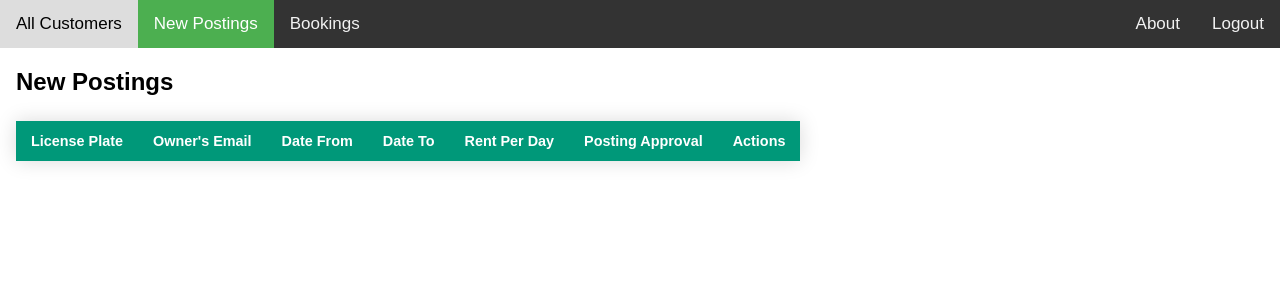
Repository: Gurvansh777/ToCarCar-Backend
Page: ToCarCar/templates/admin_new_postings.html
The author's editor kept a record of every edit. The page is drawn from the files as they stood at one moment, then again after the next edit.
The browser window is 1280 px wide. The pictures show the whole page.
The page is served by the project's application, run on Flask 3 (ToCarCar/index.py). Other server files are loaded and not shown. The template is opened directly, without the code that normally fills it, so the values that code supplies are empty.

Above is the page before.

### ToCarCar/templates/admin_new_postings.html
<html>
  <head>
    <meta name="viewport" content="width=device-width, initial-scale=1">
    <style>
      body {
        margin: 0;
        font-family: Arial, Helvetica, sans-serif;
      }

      .topnav {
        overflow: hidden;
        background-color: #333;
      }

      .topnav a {
        float: left;
        color: #f2f2f2;
        text-align: center;
        padding: 14px 16px;
        text-decoration: none;
        font-size: 17px;
      }

      .topnav a:hover {
        background-color: #ddd;
        color: black;
      }

      .topnav a.active {
        background-color: #4CAF50;
        color: white;
      }


      .styled-table {
      	border-collapse: collapse;
      	margin: 25px 0;
      	font-size: 0.9em;
      	font-family: sans-serif;
      	min-width: 400px;
      	box-shadow: 0 0 20px rgba(0, 0, 0, 0.15);
      }

      .styled-table thead tr {
      	background-color: #009879;
      	color: #ffffff;
      	text-align: left;
      }

      .styled-table th,
      .styled-table td {
      	padding: 12px 15px;
      }

      .styled-table tbody tr {
      	border-bottom: 1px solid #dddddd;
      }

      .styled-table tbody tr:nth-of-type(even) {
      	background-color: #f3f3f3;
      }

      .styled-table tbody tr:last-of-type {
      	border-bottom: 2px solid #009879;
      }

      .styled-table tbody tr.active-row {
      	font-weight: bold;
      	color: #009879;
      }


    </style>
  </head>

  <body>
    <div class="topnav">
      <a href="{{url_for('admin_bp.admin_allUsers')}}">All Customers</a>
      <a class="active" href="{{url_for('admin_bp.admin_allPostings')}}">New Postings</a>
      <a href="{{url_for('admin_bp.admin_allBookings')}}">Bookings</a>
      <a style="float:right" href="{{url_for('admin_bp.admin_logout')}}">Logout</a>
      <a style="float:right" href="#about">About</a>
    </div>

    <div style="padding-left:16px">
      <h2>New Postings</h2>
      <table class="styled-table">
        <thead>
        <tr>
          <th>License Plate</th>
          <th>Owner's Email</th>
          <th>Date From</th>
          <th>Date To</th>
          <th>Rent Per Day</th>
          <th>Posting Approval</th>
          <th>Actions</th>
        </tr>
        </thead>
        <tbody>
          {%for posting in allPostings%}
            <tr>
              <td>{{posting['licensePlate']}}</td><td> {{posting['ownerEmail']}}</td>
              <td>{{posting['dateFrom']}}</td><td>{{posting['dateTo']}}</td>
              <td>${{posting['rentPerDay']}}</td>
                {% if posting.isApproved == 1 %}
                  <td style="font-size:1em;color:yellowgreen">Approved </td>
                  <td>
                    <a class ="btn btn-primary" href="/adminunapproveposting?licensePlate={{posting['licensePlate']}}&dateFrom={{posting['dateFrom']}}&dateTo={{posting['dateTo']}}">Unapprove Posting</a>
                  </td>
                {% else %}
                  <td style="font-size:1em;color:red">Not Approved </td>
                  <td>
                    <a class ="btn btn-primary" href="/adminapproveposting?licensePlate={{posting['licensePlate']}}&dateFrom={{posting['dateFrom']}}&dateTo={{posting['dateTo']}}">Approve Posting</a>
                  </td>
                {% endif %}
            </tr>
        	{% endfor %}
        </tbody>
      </table>
    </div>
  </body>
</html>

### ToCarCar/index.py
from flask import Flask, render_template, request
from user_management import *

app = Flask(__name__)

#expose /
@app.route('/', methods = ['GET'])
def init():
    return "Welcome to 2CarCar"

#if GET show index else process new user
@app.route('/adduser', methods = ['GET', 'POST'])
def main():
    if request.method == 'POST':
        first_name = request.form.get('firstName', 'Default')
        last_name = request.form.get('lastName', 'Default')
        email = request.form.get('email', 'Default')
        password = request.form.get('password', 'Default')

        return add_user(first_name, last_name, email, password) #in user_management.py
    else:
        return render_template('index.html')

#expose /checkuser
@app.route('/checkuser', methods = ['POST'])
def check_user():
    if request.method == 'POST':
        email = request.form.get('email', 'Default')
        password = request.form.get('password', 'Default')

        return check_credentials(email, password) #in user_management.py
    else:
        return render_template('index.html')


if __name__ == '__main__':
    app.run(host='0.0.0.0',debug=True)

After the next edit:
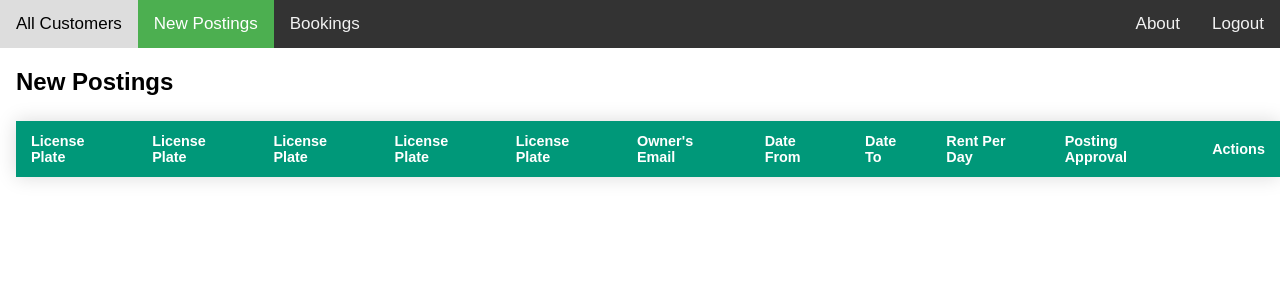
The edit:
--- a/ToCarCar/templates/admin_new_postings.html
+++ b/ToCarCar/templates/admin_new_postings.html
@@ -88,6 +88,10 @@
         <thead>
         <tr>
           <th>License Plate</th>
+          <th>License Plate</th>
+          <th>License Plate</th>
+          <th>License Plate</th>
+          <th>License Plate</th>
           <th>Owner's Email</th>
           <th>Date From</th>
           <th>Date To</th>
